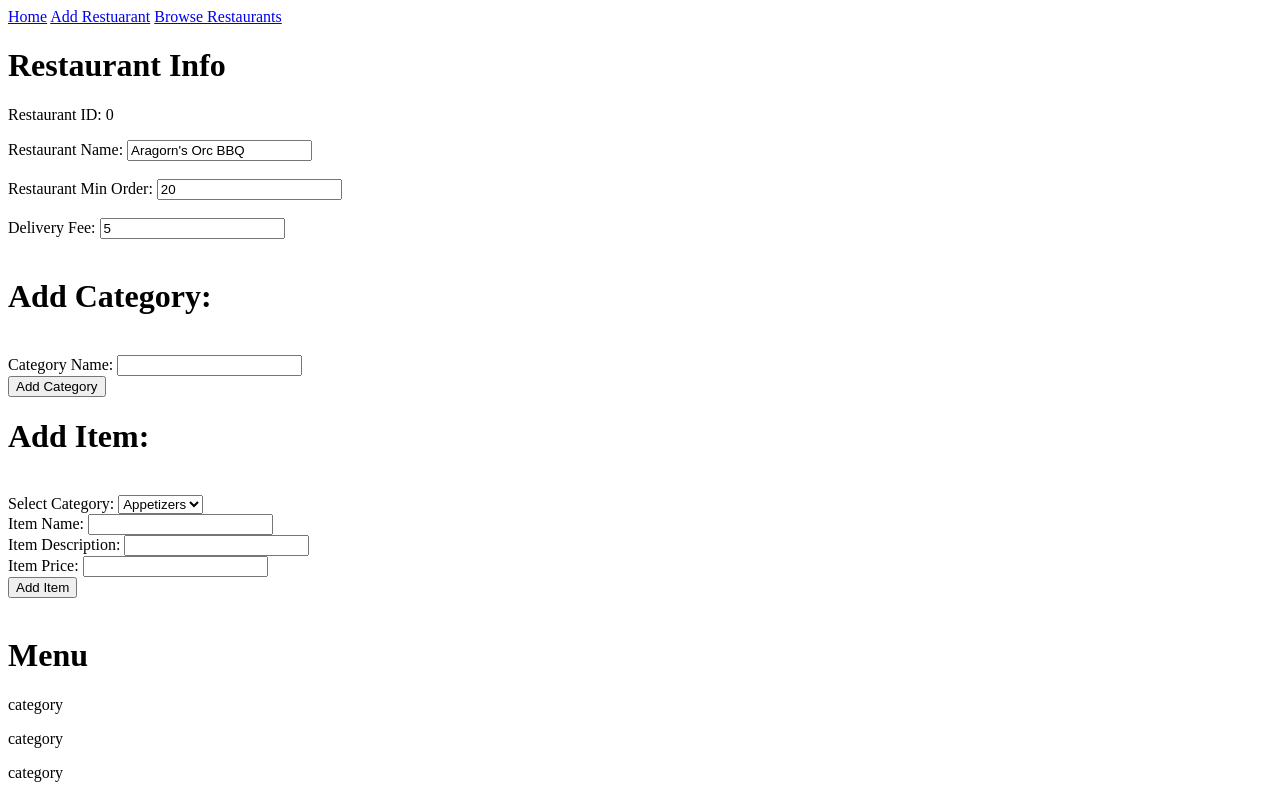
Repository: hudaali14/Carleton
Page: http://localhost/restaurants/0
An editor plug-in stored every save of this project. The page is shown before and after the next save, followed by the edit.
The browser window is 1280 px wide. The pictures show the whole page.
The page is served by the project's Node server (server.js).

Above is the page before, as saved 2020-03-12 18:23:44.

After the next save:
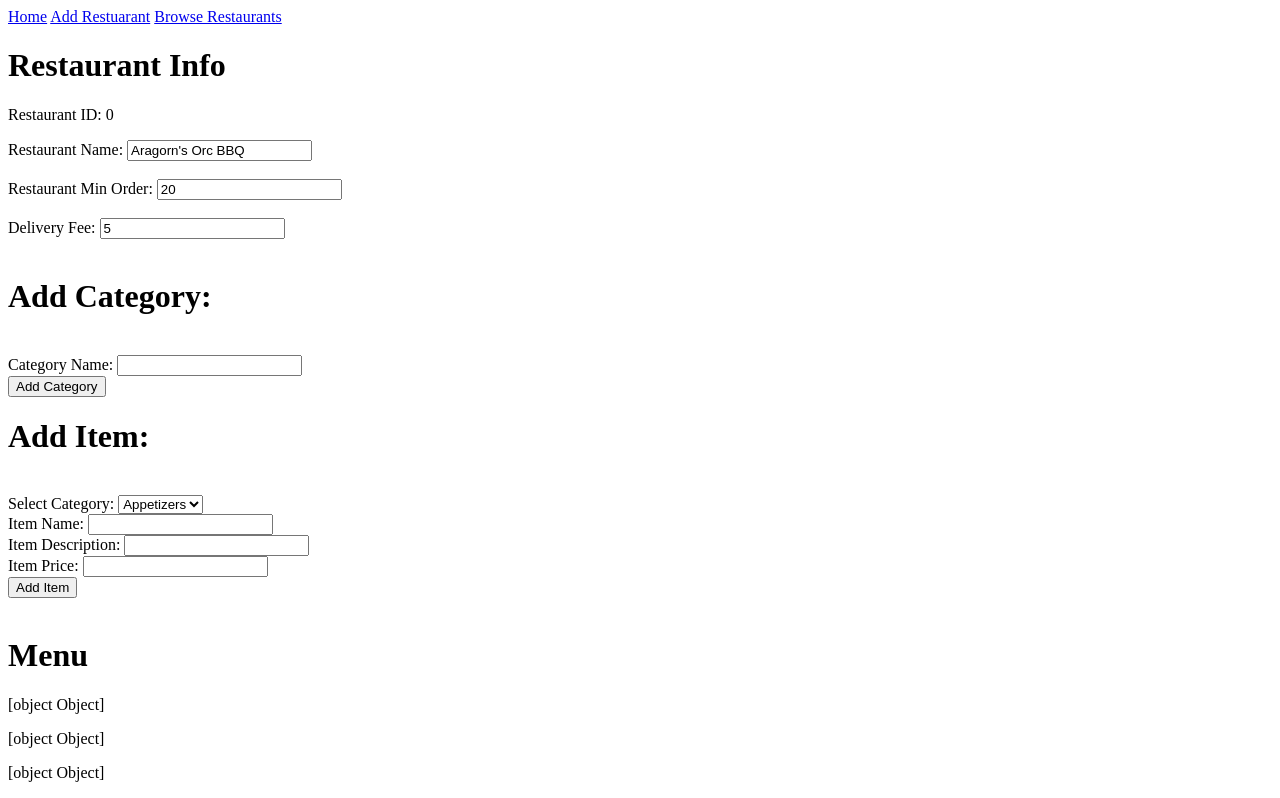
Saved 6 s later.
--- a/2406/Assignments/Assignment3 (100)/views/pages/restaurantpage.pug
+++ b/2406/Assignments/Assignment3 (100)/views/pages/restaurantpage.pug
@@ -54,4 +54,4 @@ body
     h1 Menu
 
     each category in menu
-        p category
+        p #{category}
